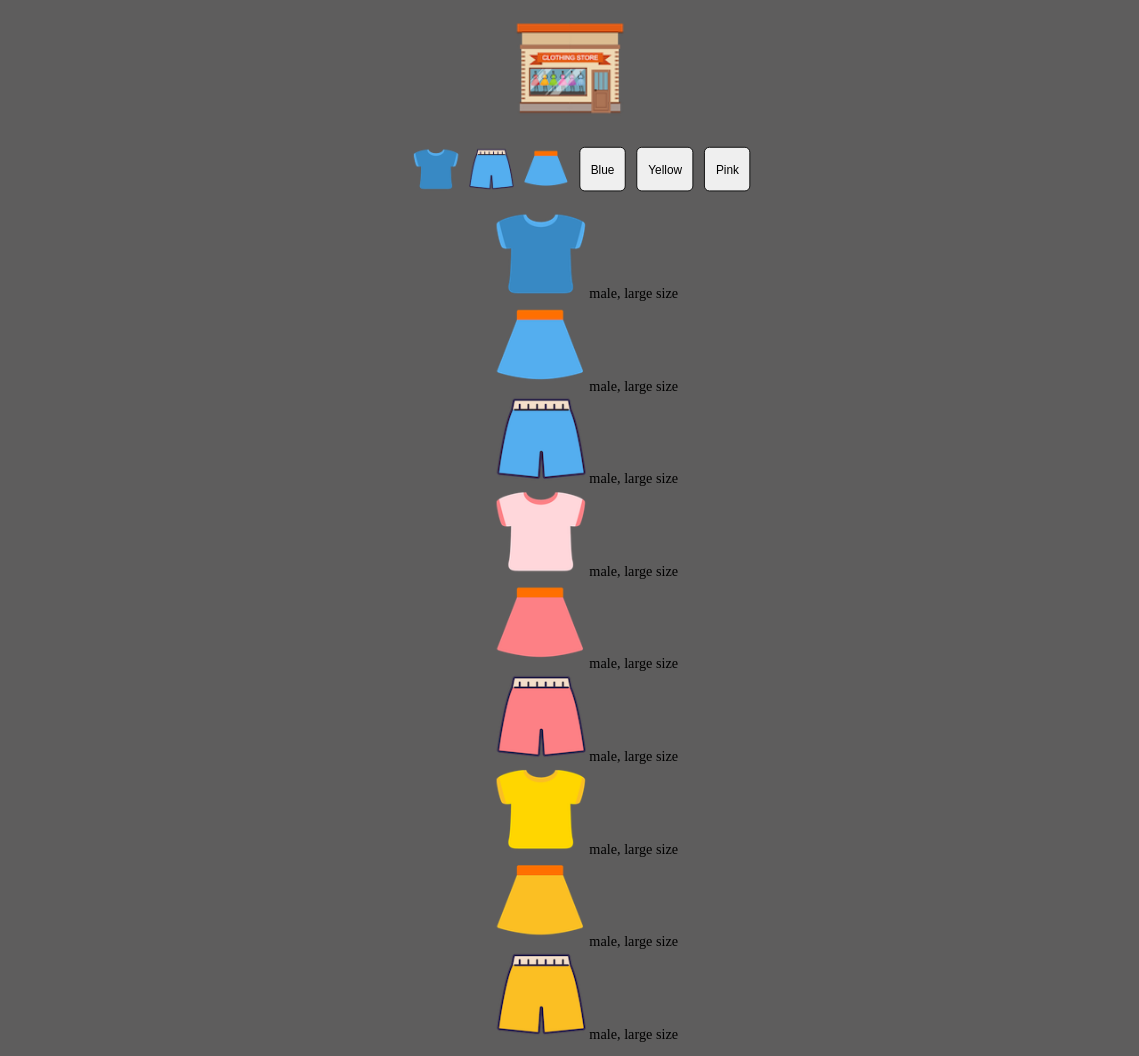
Repository: keehoonjung/Shoppingmall-Game
Page: index.html
The author's editor kept a copy of each file at every save. The page is drawn from the files as they stood at one save, then again after the next save.
The browser window is 1280 px wide. The pictures show the whole page, at 89% of full size.

Above is the page before, as saved 2021-08-12 13:34:23.

### index.html
<!DOCTYPE html>
<html lang="en">
<head>
    <meta charset="UTF-8">
    <meta http-equiv="X-UA-Compatible" content="IE=edge">
    <meta name="viewport" content="width=device-width, initial-scale=1.0">
    <title>Shoppingamll Game</title>
    <link rel="stylesheet" href="style.css">
    <script src="main.js" defer></script>
</head>
<body>
    <header>
        <img src="./imgs/logo.png" alt="header" class="header__logo">
    </header>
    <ul class="filter">
        <li class="filter__btn">
            <img src="./imgs/blue_t.png" alt="shirt" class="shirt">
        </li>
        <li class="filter__btn">
            <img src="./imgs/blue_p.png" alt="pants" class="pants">
        </li>
        <li class="filter__btn">
            <img src="./imgs/blue_s.png" alt="" class="skirts">
        </li>
        <li class="filter__btn">
            <button class="blue">
                Blue
            </button>
        </li>
        <li class="filter__btn">
            <button class="yellow">
                Yellow
            </button>
        </li>
        <li class="filter__btn">
            <button class="pink">
                Pink
            </button>
        </li>
    </ul>
    <ul class="items">
        <li class="item">
            <img src="./imgs/blue_t.png" alt="blueshirt">
            <span>male, large size</span>
        </li>
        <li class="item">
            <img src="./imgs/blue_s.png" alt="blueshirt">
            <span>male, large size</span>
        </li>
        <li class="item">
            <img src="./imgs/blue_p.png" alt="blueshirt">
            <span>male, large size</span>
        </li>
        <li class="item">
            <img src="./imgs/pink_t.png" alt="blueshirt">
            <span>male, large size</span>
        </li>
        <li class="item">
            <img src="./imgs/pink_s.png" alt="blueshirt">
            <span>male, large size</span>
        </li>
        <li class="item">
            <img src="./imgs/pink_p.png" alt="blueshirt">
            <span>male, large size</span>
        </li>
        <li class="item">
            <img src="./imgs/yellow_t.png" alt="blueshirt">
            <span>male, large size</span>
        </li>
        <li class="item">
            <img src="./imgs/yellow_s.png" alt="blueshirt">
            <span>male, large size</span>
        </li>
        <li class="item">
            <img src="./imgs/yellow_p.png" alt="blueshirt">
            <span>male, large size</span>
        </li>
    </ul>
</body>
</html>

### style.css
* {
  box-sizing: border-box;
}

body {
  background-color: rgb(94, 93, 93);
  text-align: center;
  margin: 0;
}

ul {
  list-style: none;
}

button {
  border: 1px solid black;
  border-radius: 6px;
  display: inline-block;
  height: 50px;
  padding: 16px 12px;
}

header {
  margin-top: 20px;
}

.header__logo {
  width: 125px;
}

.filter {
  display: flex;
  justify-content: center;
}

.filter__btn {
  padding-right: 12px;
}

.filter__btn img {
  height: 50px;
}

Loaded but not shown: main.js (no copy from this time; the picture is the same without it)

After the next save:
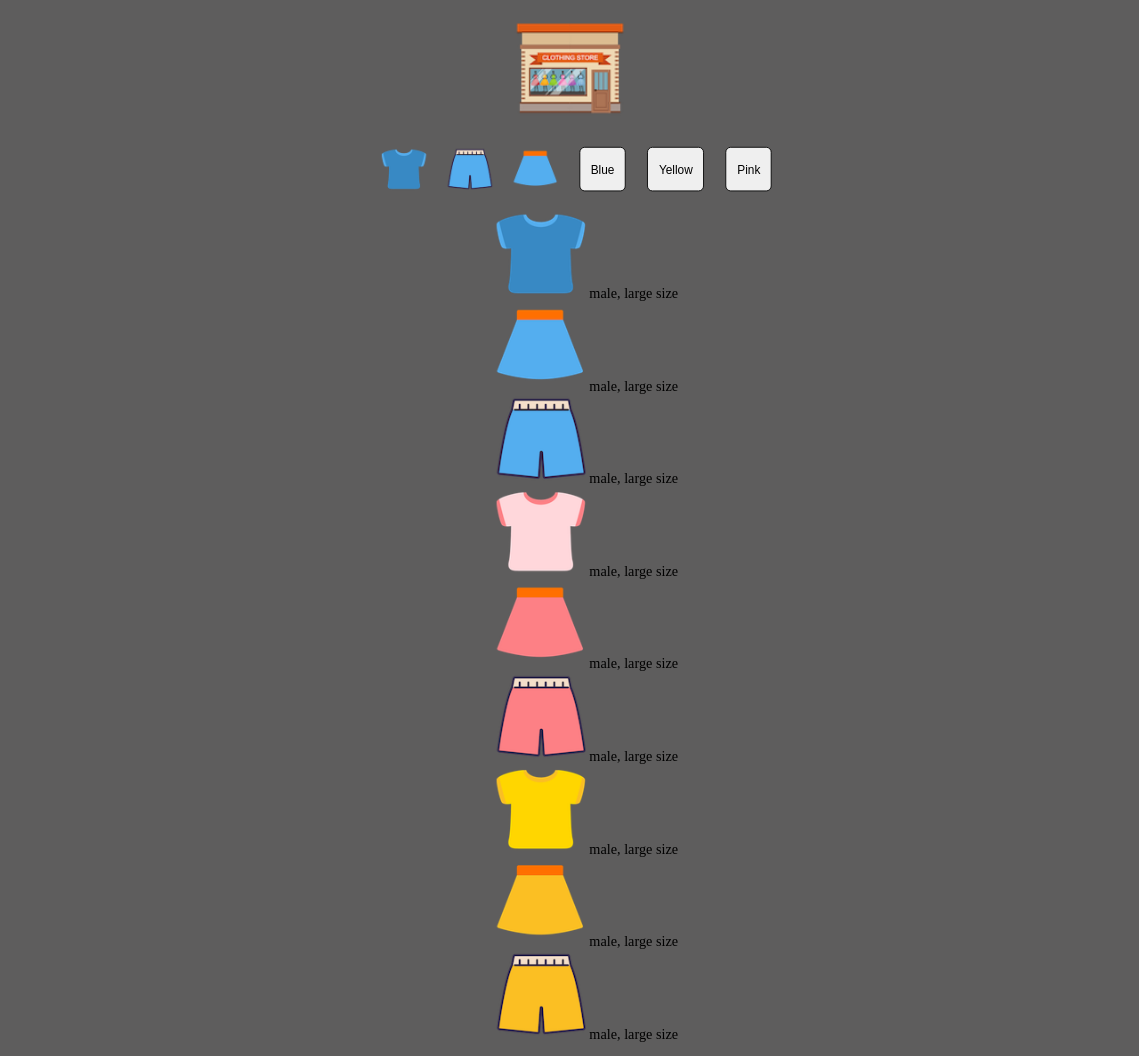
Saved 16 s later.
--- a/style.css
+++ b/style.css
@@ -34,7 +34,7 @@ header {
 }
 
 .filter__btn {
-  padding-right: 12px;
+  padding-right: 24px;
 }
 
 .filter__btn img {
